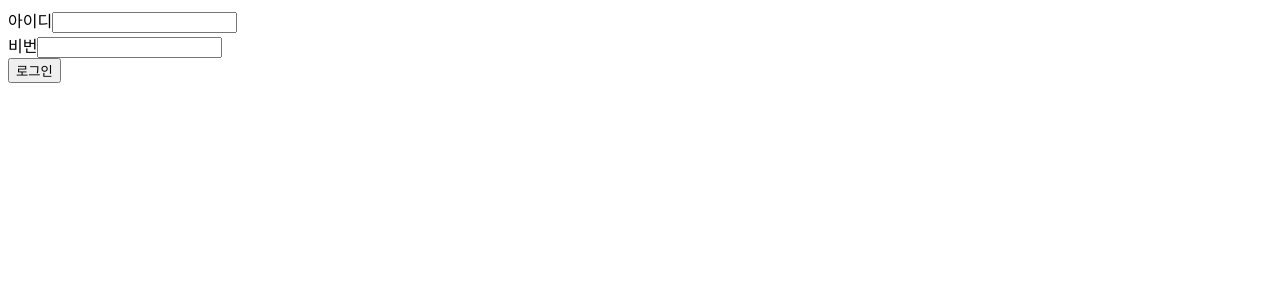
Repository: onlykjy03/JSP
Page: http://localhost/Pro/login.jsp
The author's editor kept a copy of each file at every save. The page is drawn from the files as they stood at one save, then again after the next save.
The browser window is 1280 px wide. The pictures show the whole page.
The page is served by Tomcat 9. Other server files are loaded and not shown.

Above is the page before, as saved 2021-04-27 07:07:03.

### eclipse-workspace/Pro/WebContent/login.jsp
<%@ page language="java" contentType="text/html; charset=UTF-8"
    pageEncoding="UTF-8"%>
<!DOCTYPE html>
<html>
<head>
<meta charset="UTF-8">
<title>Insert title here</title>
</head>
<body>
<div>
<label for="id" >아이디</label><input type="text" id="id" >
</div>
<div>
<label for="pw" >비번</label><input type="password" id="pw">
</div>
<div>
<input type="button" value="로그인">
</div>
</body>
</html>

After the next save:
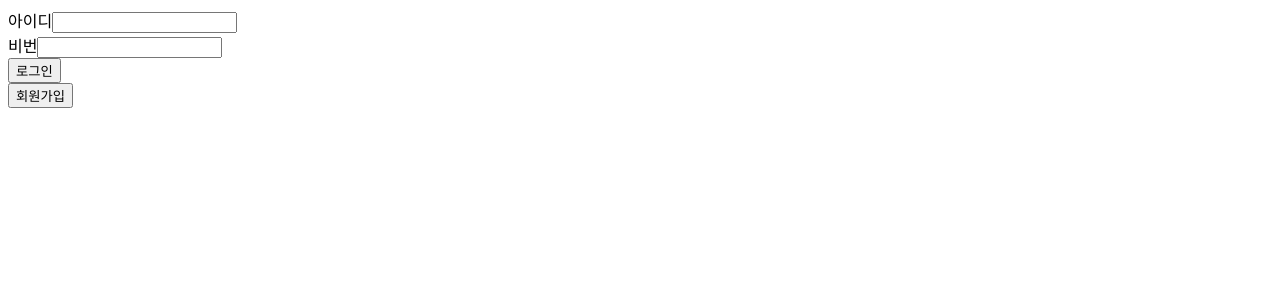
Saved 28 s later.
--- a/eclipse-workspace/Pro/WebContent/login.jsp
+++ b/eclipse-workspace/Pro/WebContent/login.jsp
@@ -14,7 +14,10 @@
 <label for="pw" >비번</label><input type="password" id="pw">
 </div>
 <div>
-<input type="button" value="로그인">
+<input type="button" value="로그인" id="login">
+</div>
+<div>
+<input type="button" value="회원가입" id="signup">
 </div>
 </body>
 </html>
